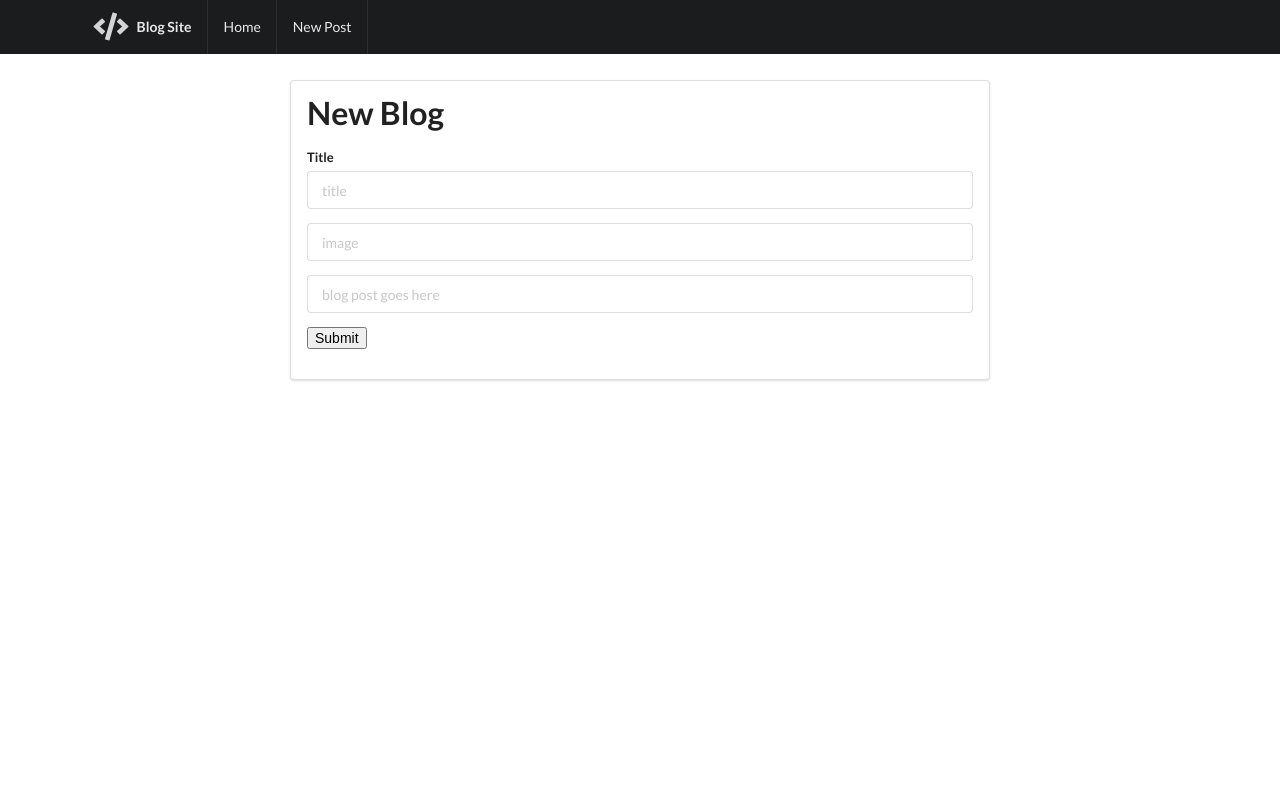
Repository: msuzuki23/AWS-Cloud9-YelpCamp
Page: http://localhost/blogs/new
The author's editor kept a record of every edit. The page is drawn from the files as they stood at one moment, then again after the next edit.
The browser window is 1280 px wide. The pictures show the whole page.
The page is served by the project's Node server (RestBlogs/app.js).

Above is the page before.

### RestBlogs/views/new.ejs
<% include ./partials/header %>
<div class="ui main text container segment">
    <div class="ui huge header">New Blog</div>
    <form class="ui form" action="/blogs" method="POST">
        <div class="field">
            <label>Title</label>
            <input type="text" name="blog[title]" placeholder="title">
        </div>
        <div class="field">
            <input type="text" name="blog[image]" placeholder="image">
        </div>
        <div class="field">
            <input type="text" name="blog[body]" placeholder="blog post goes here">
        </div>


        <input type="submit">
    </form>
</div>
<% include ./partials/footer %>

### RestBlogs/views/partials/header.ejs
<html>
    <head>
        <title>Blog App</title>
        <link rel="stylesheet" type="text/css" href="https://cdnjs.cloudflare.com/ajax/libs/semantic-ui/2.4.1/semantic.css">
        <link rel="stylesheet" type="text/css" href="/stylesheets/app.css">
    </head>
    <body>
        <div class="ui fixed inverted menu">
            <div class="ui container">
                <div class="header item"><i class="code icon"></i>Blog Site</div>
                <a href="/" class="item">Home</a>
                <a href="/blogs/new" class="item">New Post</a>
            </div>
        </div>

### RestBlogs/app.js
var express = require("express"),
app = express(),
bodyParser = require("body-parser"),
mongoose = require("mongoose"),
methodOverride = require("method-override");

//APP CONFIG
mongoose.connect("mongodb://localhost/restful_blog_app", {useNewUrlParser: true});
app.set("view engine", "ejs");
app.use(express.static("public"));
app.use(bodyParser.urlencoded({extended: true}));
app.use(methodOverride("_method"));

//MONGOOSE/MODEL CONFIG
var blogSchema = new mongoose.Schema({
   title: String,
   image: String,
   body: String,
   created: {type: Date, default: Date.now}
});
var Blog = mongoose.model("Blog", blogSchema);

// Blog.create({
//     title: "This is a Porsche",
//     image: "https://files1.porsche.com/filestore/image/multimedia/none/991-2nd-c2-t-modelimage-sideshot/model/835bee23-b26b-11e7-b591-0019999cd470/porsche-model.png",
//     body: "What a beautiful Yellow Car"
// });

//RESTFUL ROUTES
app.get("/", function(req, res){
    res.redirect("/blogs");
});

// INDEX ROUTE
app.get("/blogs", function(req, res){
    // res.render("index");
    Blog.find({}, function(err, blogs){
        if(err){
            console.log("ERROR");
        } else {
            res.render("index", {blogs: blogs});
        }
    });
});

// NEW ROUTE
app.get("/blogs/new", function(req, res){
    res.render("new");
});

// CREATE ROUTE
app.post("/blogs", function(req, res){
    // create blog
    Blog.create(req.body.blog, function(err, newBlog){
        if(err){
            res.render("new");
        } else {
            // then redirect to the index
            res.redirect("/blogs");
        }
    });
});

// SHOW ROUTE
app.get("/blogs/:id", function(req, res){
   Blog.findById(req.params.id, function(err, foundBlog){
      if(err){
          res.redirect("/blogs");
      } else {
          res.render("show", {blog: foundBlog})
      }
    })
});

//EDIT ROUTE
app.get("/blogs/:id/edit", function(req, res){
    Blog.findById(req.params.id, function(err, foundBlog){
        if(err){
            res.redirect("/blogs");
        } else {
            res.render("edit", {blog: foundBlog});
        }
    });
});

// UPDATE ROUTE
app.put("/blogs/:id", function(req, res){
    Blog.findByIdOneAndUpdate(req.params.id, req.body.blog, function(err, updatedBlog){
        if(err){
            res.redirect("/blogs");
        } else {
            res.redirect("/blogs/" + req.params.id);
        }
    });
});

// DELETE ROUTE
app.delete("/blogs/:id", function(req, res){
   //destroy blog
   Blog.findByIdAndRemove(req.params.id, function(err){
      if(err){
          res.redirect("/blogs");
      } else {
          res.redirect("/blogs");
      }
   });
   //redirect somewhere
});













// Tell Express to listen for requests (start server)
app.listen(process.env.PORT, process.env.IP, function(){
    console.log("Blog Server Started");
});

### RestBlogs/public/stylesheets/app.css
html {
    maring: 0 auto;
}

i.icon {
    font-size: 2em;
}

.container.main {
    margin-top: 5em;
}

#delete {
    display: inline;
}

Loaded but not shown: RestBlogs/views/partials/footer.ejs (common file)

After the next edit:
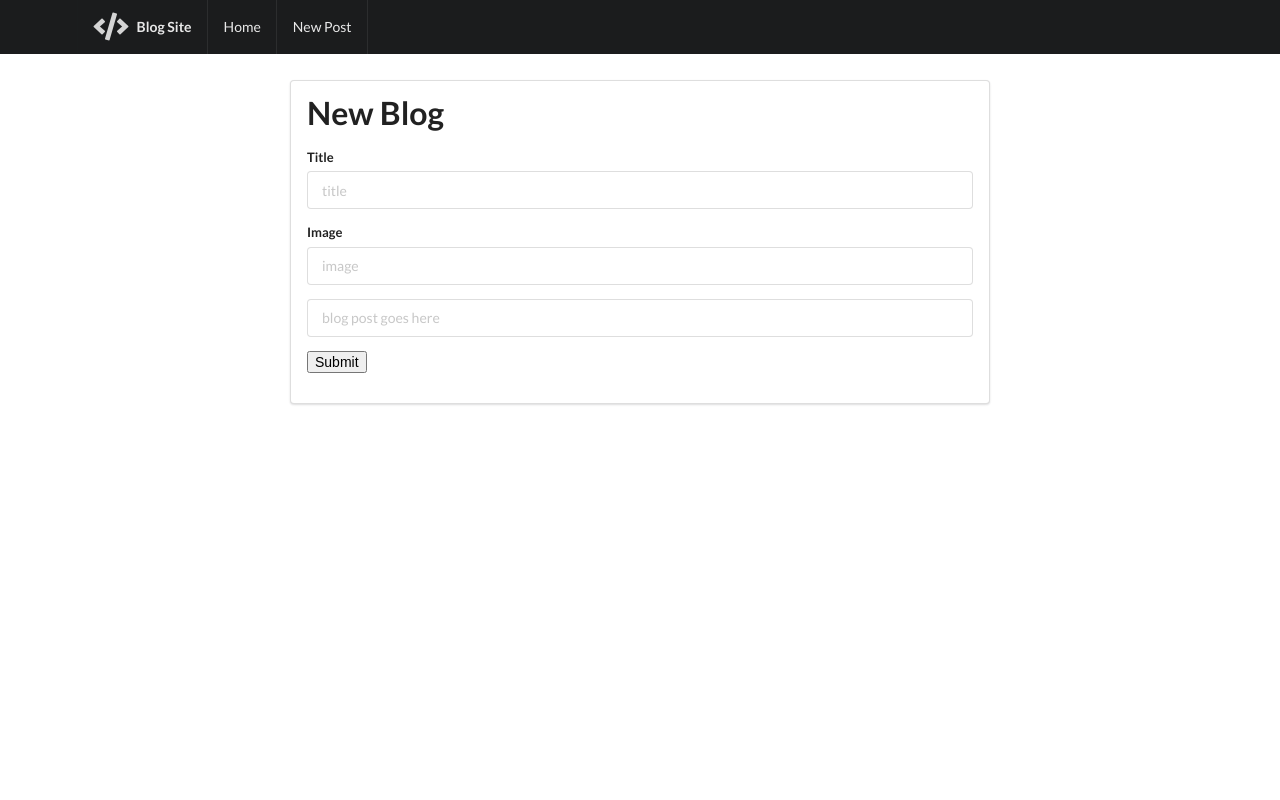
The edit:
--- a/RestBlogs/views/new.ejs
+++ b/RestBlogs/views/new.ejs
@@ -7,6 +7,7 @@
             <input type="text" name="blog[title]" placeholder="title">
         </div>
         <div class="field">
+            <label>Image</label>
             <input type="text" name="blog[image]" placeholder="image">
         </div>
         <div class="field">
